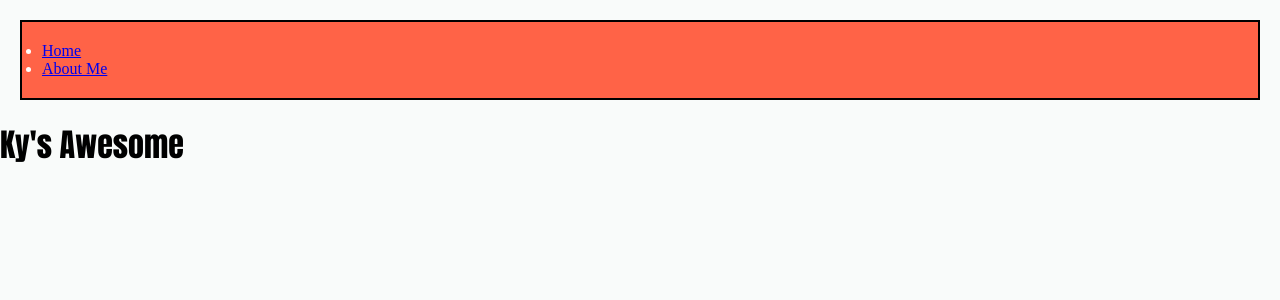
Repository: monicaifijeh/test2
Page: kyportfolio/src/index.html
These files come from the project's save history. The page is drawn as it stood at one moment and after a run of saves; the edit follows.
The browser window is 1280 px wide. The pictures show the whole page.

Above is the page before, as saved 2024-12-18 20:34:19.

### kyportfolio/src/index.html
<!DOCTYPE html>
<html lang="en">
  <head>
    <meta charset="UTF-8" />
    <meta name="viewport" content="width=device-width, initial-scale=1.0" />
    <title>Ky's Portfolio</title>
    <link rel="stylesheet" href="mystyleOne.css" />
  </head>

  <body>
    <nav>
      <ul class="navi">
        <li><a href="#search-engine-optimization">Home</a></li>
        <li><a href="#online-reputation-management">About Me</a></li>
      </ul>
    </nav>
    <h1>Ky's Awesome</h1>
  </body>
</html>

### kyportfolio/src/mystyleOne.css
/* applies to the whole webpage*/
* {
    box-sizing: border-box;
    padding: 0;
    margin: 0;
}

/* applies to the body of the webpage*/
body{
    background-color: rgb(249, 251, 250);
}

/* applies to the headings of the webpage*/
h1{
    color: black; font-family: Impact, Haettenschweiler, 'Arial Narrow Bold', sans-serif;
}
nav{
   border: 0ch;
}
.navi{
    background-color: tomato;
  color: white;
  border: 2px solid black;
  margin: 20px;
  padding: 20px;
}

After the next 2 saves:
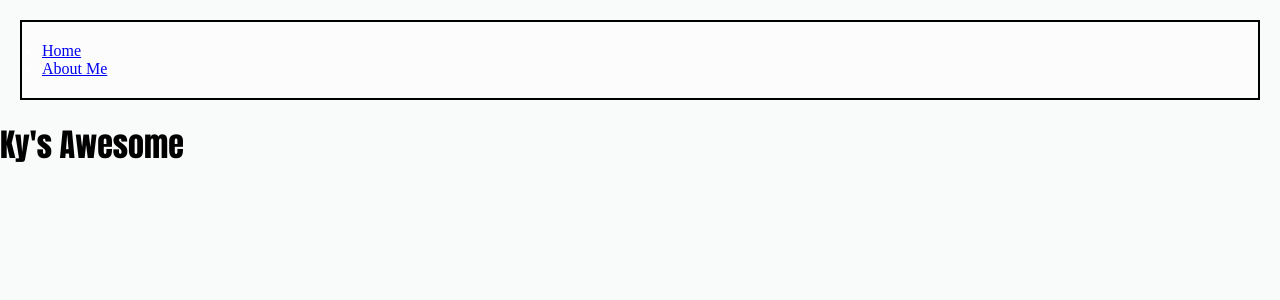
The 2 saves are shown as one change because they came seconds apart.
The last was saved 22 s later.
--- a/kyportfolio/src/mystyleOne.css
+++ b/kyportfolio/src/mystyleOne.css
@@ -18,7 +18,7 @@ nav{
    border: 0ch;
 }
 .navi{
-    background-color: tomato;
+    background-color: rgb(252, 252, 252);
   color: white;
   border: 2px solid black;
   margin: 20px;
